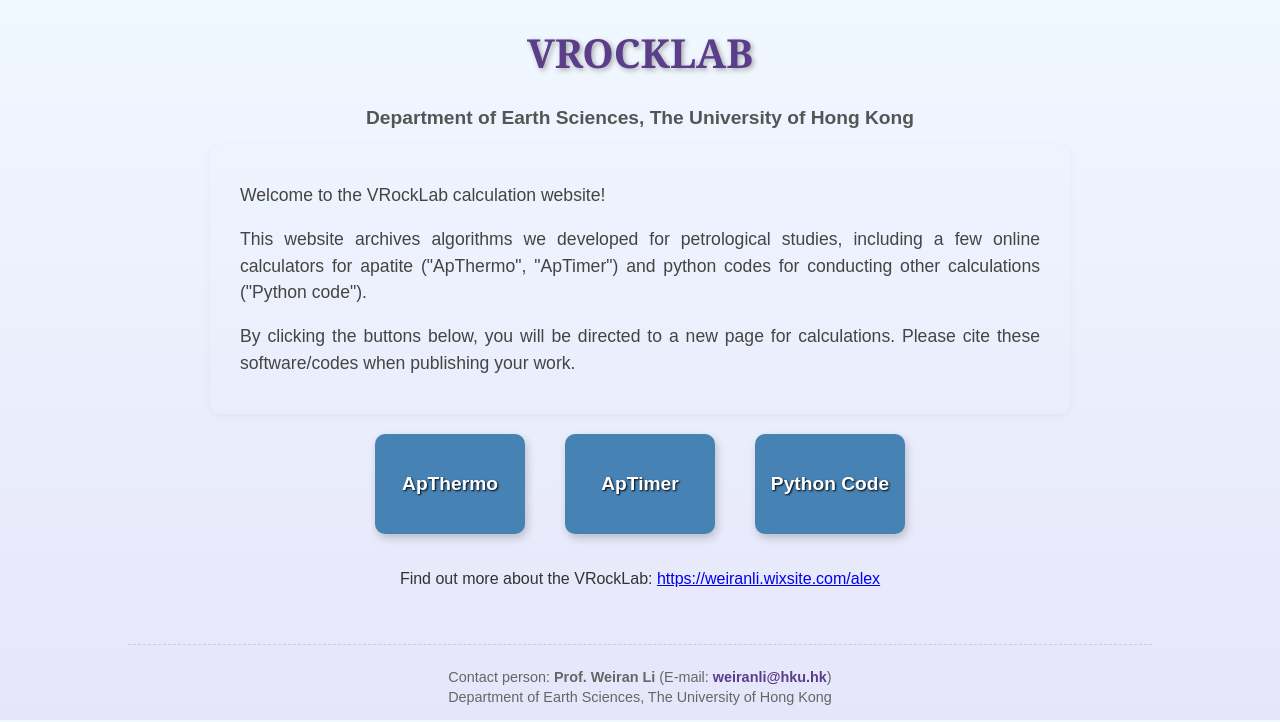
Repository: Abyss2019/home_page
Page: index.html
These files come from the project's save history. The page is drawn as it stood at one moment and after the next save; the edit follows.
The browser window is 1280 px wide. The pictures show the whole page.

Above is the page before, as saved 2025-04-06 10:45:17.

### index.html
<!DOCTYPE html>
<html lang="en">
<head>
    <meta charset="UTF-8">
    <meta name="viewport" content="width=device-width, initial-scale=1.0">
    <title>VROCKLAB</title>
    <style>
        body {
            font-family: Arial, sans-serif;
            margin: 0;
            padding: 0;
            /* background-image: url('./bg.webp'); */
            background: linear-gradient(to bottom, #f0f8ff, #e6e6fa);
            color: #333;
            display: flex;
            flex-direction: column;
            align-items: center;
            justify-content: center;
            height: 100vh;
        }

        header {
            text-align: center;
            /* margin-bottom: 30px; */
        }

        header h1 {
            font-size: 2.5em;
            font-family: 'Georgia', serif;
            text-shadow: 2px 2px 5px #aaa;
            color: #5a3e8a;
        }



        header h2 {
            font-size: 1.2em;
            margin-top: 5px;
            color: #555;
        }

        .intro {
        font-size: 1.1em;
        line-height: 1.5;
        text-align: justify;
        color: #444;
        /* background-color: #f2f6ff; */
        padding: 20px 30px;
        border-radius: 12px;
        box-shadow: 0 2px 8px rgba(0,0,0,0.05);
        max-width: 800px;
        }

        /* .indent p {
        text-indent: 2em;
        margin-bottom: 1em;
        } */


        .buttons-container {
            display: flex;
            gap: 40px;
            margin: 20px 0;
        }

        .button {
            display: flex;
            align-items: center;
            justify-content: center;
            width: 150px;
            height: 100px;
            background-color: #4682b4;
            border-radius: 10px;
            box-shadow: 2px 4px 8px rgba(0, 0, 0, 0.2);
            color: #fff;
            font-size: 1.2em;
            font-weight: bold;
            text-decoration: none;
            text-shadow: 1px 1px 2px #000;

        }
        .button:hover{
          transform: scale(1.05);
        }


        footer {
        font-size: 0.9em;
        /* margin-top: 40px; */
        /* padding: 15px 0; */
        text-align: center;
        color: #666;
        line-height: 1.4;
        }

        footer a {
        color: #5a3e8a;
        text-decoration: none;
        font-weight: bold;
        }

        footer a:hover {
        text-decoration: underline;
        }
    </style>
</head>
<body>
    <header>
        <h1>VROCKLAB</h1>
        <h2>Department of Earth Sciences, The University of Hong Kong</h2>
    </header>


    <div class="intro indent">
    <p>Welcome to the VRockLab calculation website!</p>
    <p>This website archives algorithms we developed for petrological studies, including a few online calculators for apatite ("ApThermo", "ApTimer") and python codes for conducting other calculations ("Python code").</p>
    <p>By clicking the buttons below, you will be directed to a new page for calculations. Please cite these software/codes when publishing your work.</p>
    </div>


    <div class="buttons-container">
        <a href="https://vrocklab.hku.hk/ApThermo/" target="_blank" class="button">ApThermo</a>
        <a href="https://vrocklab.hku.hk/ApTimer/" target="_blank" class="button">ApTimer</a>
        <a href="https://vrocklab.hku.hk/python-code/" target="_blank" class="button">Python Code</a>
    </div>
    <p>
        Find out more about the VRockLab:
        <a href="https://weiranli.wixsite.com/alex" target="_blank">https://weiranli.wixsite.com/alex</a>
    </p>


    <hr style="width: 80%; margin-top: 40px; border: none; border-top: 1px dashed #ccc;">
    <footer>
        <p>
            Contact person: <strong>Prof. Weiran Li</strong> (E-mail:
            <a href="mailto:weiranli@hku.hk">weiranli@hku.hk</a>)<br>
            Department of Earth Sciences, The University of Hong Kong
        </p>
    </footer>
</body>
</html>

After the next save:
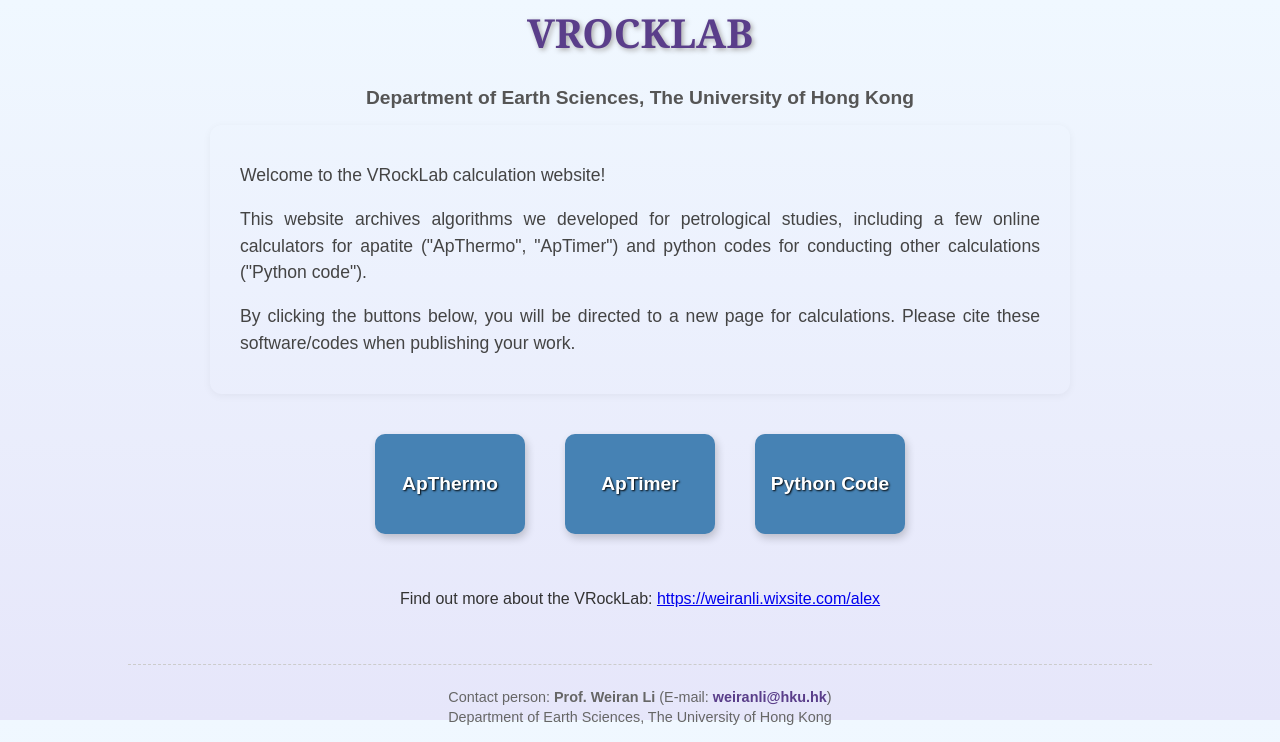
Saved 8 s later.
--- a/index.html
+++ b/index.html
@@ -60,7 +60,7 @@
         .buttons-container {
             display: flex;
             gap: 40px;
-            margin: 20px 0;
+            margin: 40px 0;
         }
 
         .button {

After the save that followed:
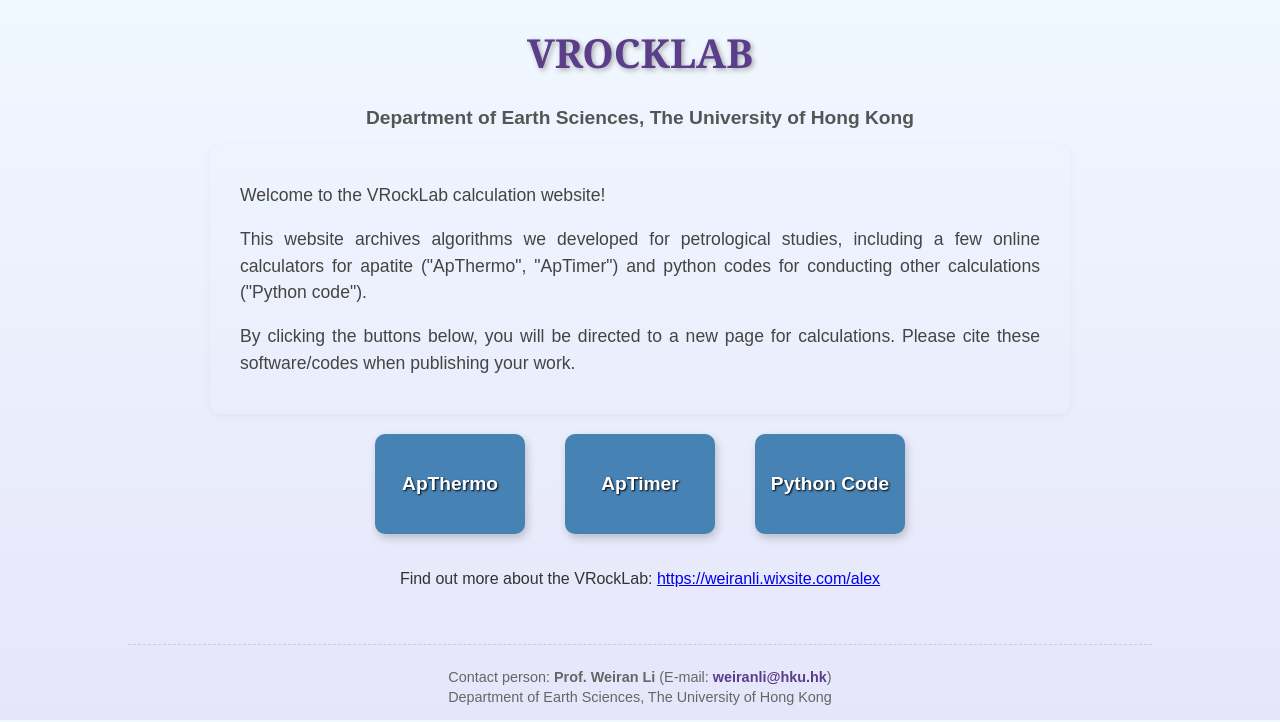
Saved 4 s later.
--- a/index.html
+++ b/index.html
@@ -60,7 +60,7 @@
         .buttons-container {
             display: flex;
             gap: 40px;
-            margin: 40px 0;
+            margin: 20px 0;
         }
 
         .button {
